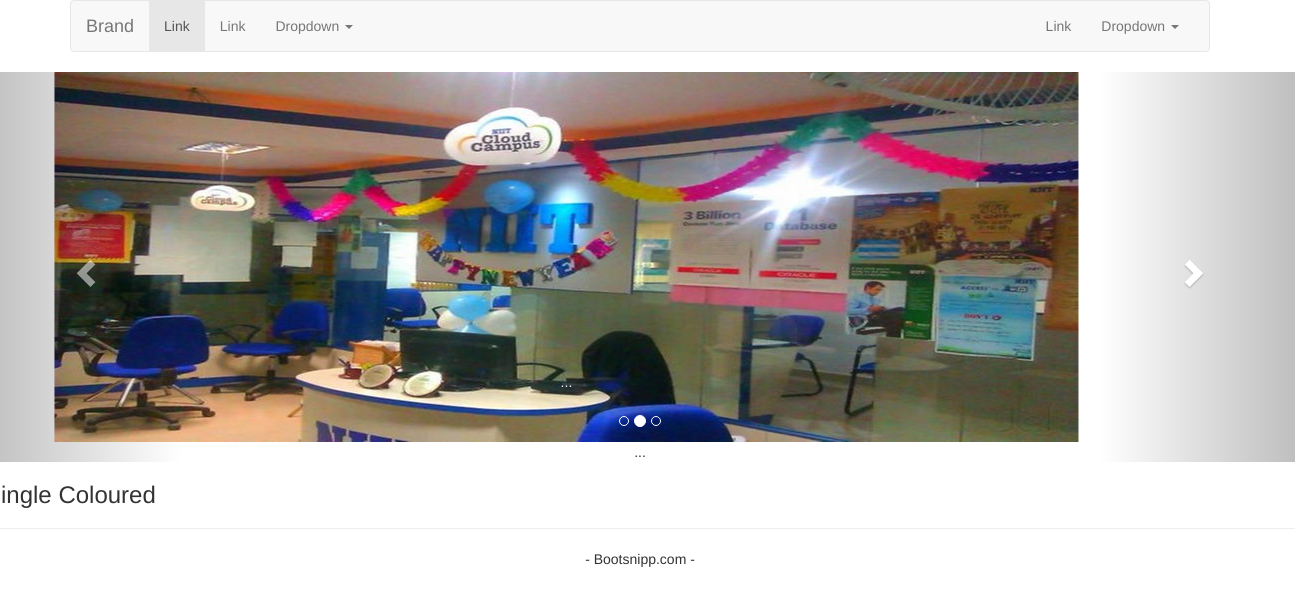
Repository: Karthi-Mano/AdvanceJavaPrograms
Page: DTProjectsBootStrap/WebContent/HomePage.html
These files come from the project's save history. The page is drawn as it stood at one moment and after the next save; the edit follows.
The browser window is 1280 px wide. The page is 1295 px wide, so the pictures cover 1295 px, including what lies to the right of the window. The pictures show the whole page.

Above is the page before, as saved 2017-10-25 07:29:45.

After the next save:
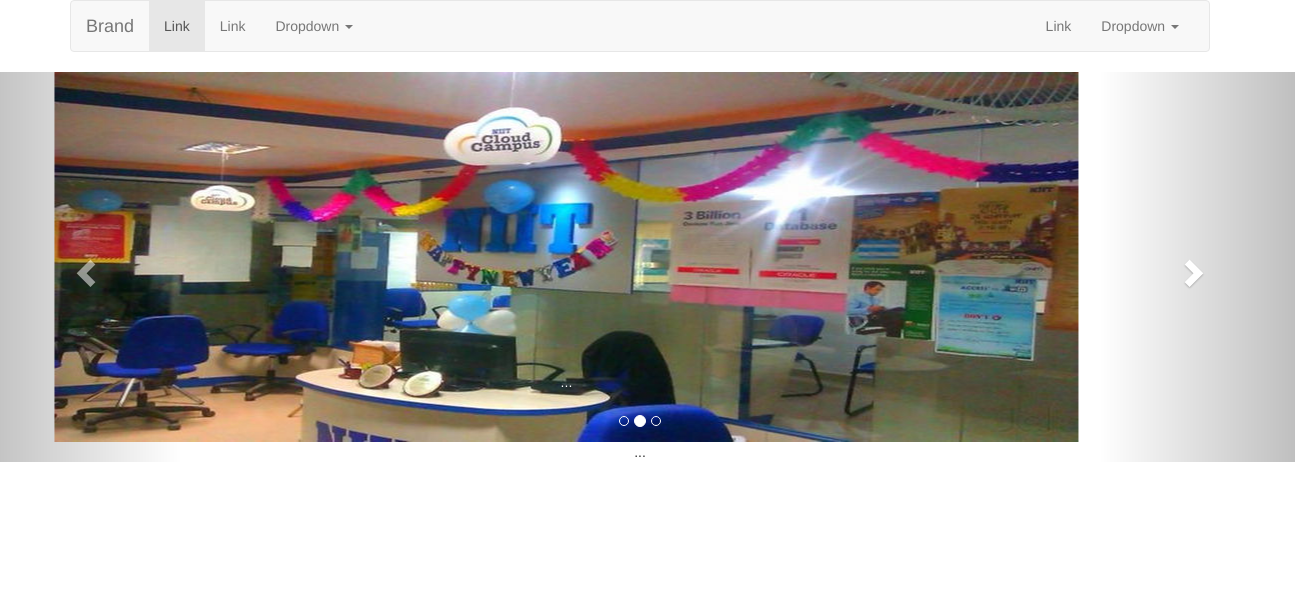
Saved 35 s later.
--- a/DTProjectsBootStrap/WebContent/HomePage.html
+++ b/DTProjectsBootStrap/WebContent/HomePage.html
@@ -99,19 +99,9 @@
 </div>
 </div>
 </center>
-<div class="row">
 
-				<h3>Single Coloured</h3>
-    <hr />
-        <div class="text-center center-block">
-            <p class="txt-railway">- Bootsnipp.com -</p>
-            <br />
-                <a href="https://www.facebook.com/bootsnipp"><i class="fa fa-facebook-square fa-3x social"></i></a>
-	            <a href="https://twitter.com/bootsnipp"><i class="fa fa-twitter-square fa-3x social"></i></a>
-	            <a href="https://plus.google.com/+Bootsnipp-page"><i class="fa fa-google-plus-square fa-3x social"></i></a>
-	            <a href="mailto:bootsnipp@gmail.com"><i class="fa fa-envelope-square fa-3x social"></i></a>
-		</div>
-</div>
+
+
 </div>
 </body>
 </html>
